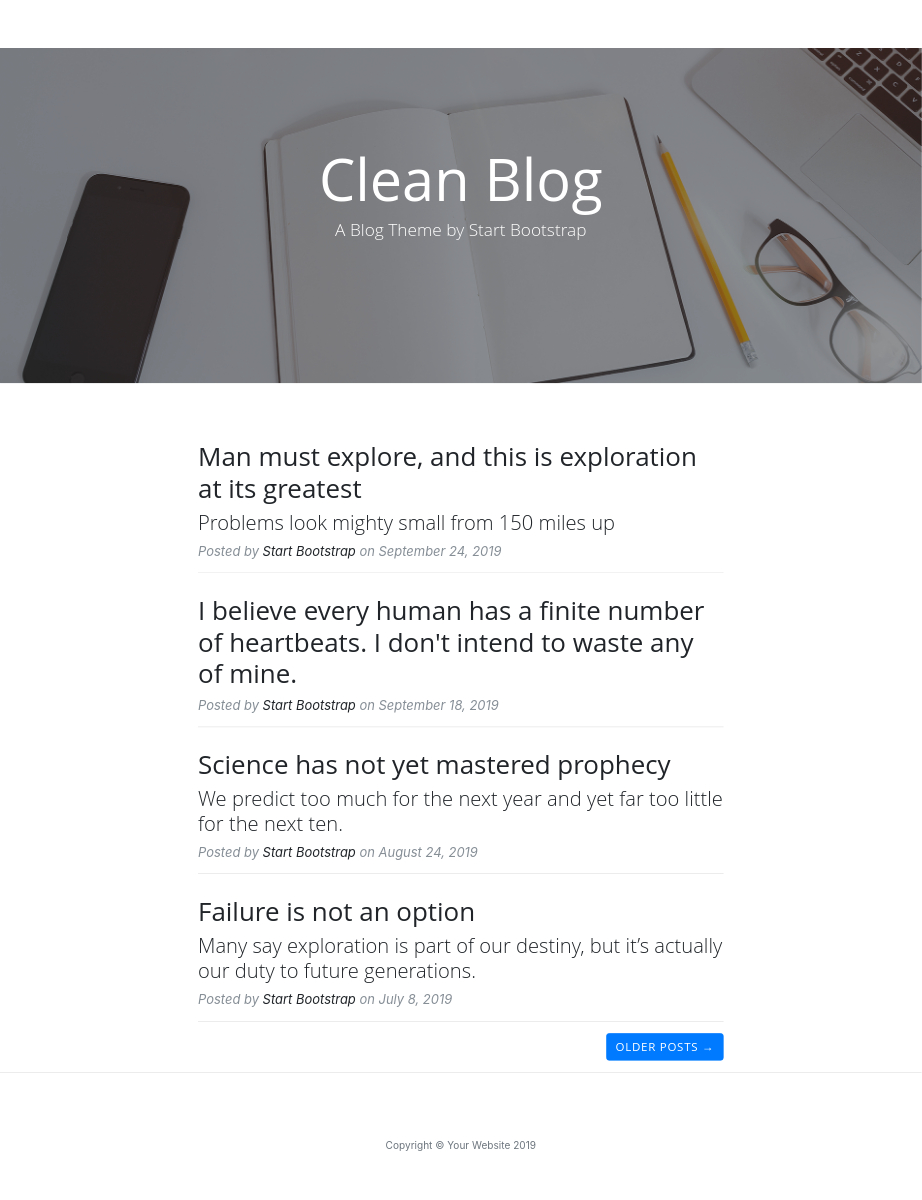
Repository: LiamB123/Booze-Clues
Page: http://localhost/
The author's editor kept a record of every edit. The page is drawn from the files as they stood at one moment, then again after a run of edits.
The browser window is 1280 px wide. The pictures show the whole page, at 72% of full size.
Some web fonts or font styles are not loaded; a fallback is used. The page is served by the project's application, run on Flask 3 (app.py). Style sheets and scripts are compiled from the project's sources, by tool versions that may differ from the author's. Queries for data that is not in the repository find no rows.

Above is the page before.

After the next 3 edits:
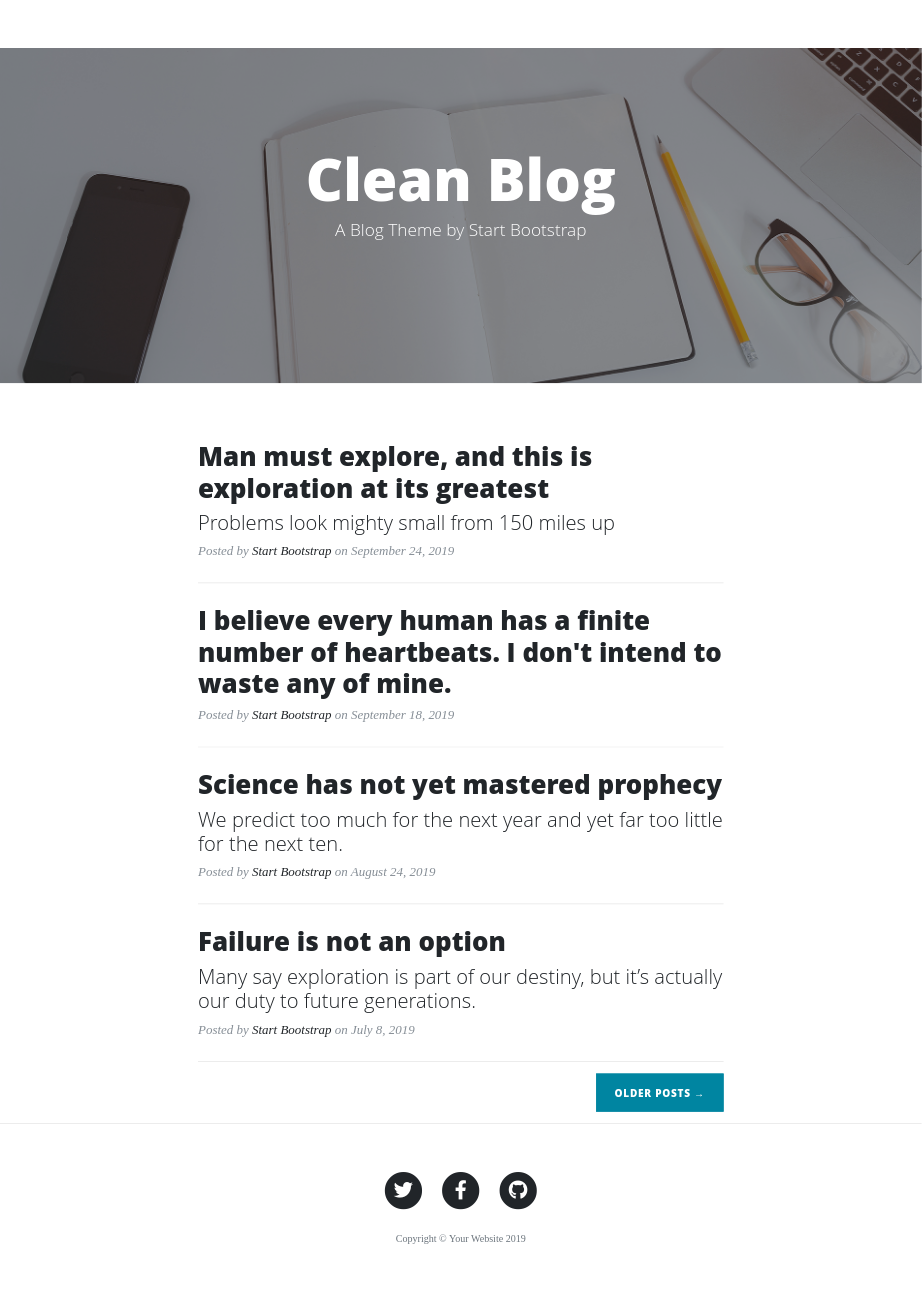
The 3 edits are shown as one change because 2 did not build or start.
The edit:
--- a/templates/base.html
+++ b/templates/base.html
@@ -6,13 +6,16 @@
     <meta http-equiv="X-UA-Compatible" content="ie=edge">
     <title> Booze Bible </title>
 
-    <link rel="stylesheet" href="{{url_for('static', filename='css/clean-blog.min.css') }}" type="text/css" />
-    <link rel="stylesheet" href="{{url_for('static', filename='vendor/bootstrap/css/bootstrap.min.css') }}" type="text/css" />
+   <!-- Bootstrap core CSS -->
+  <link href="{{url_for('static', filename='vendor/bootstrap/css/bootstrap.min.css')}}" rel="stylesheet">
 
+  <!-- Custom fonts for this template -->
+  <link href="{{url_for('static', filename='vendor/fontawesome-free/css/all.min.css')}}" rel="stylesheet" type="text/css">
+  <link href="{{url_for('static', filename='https://fonts.googleapis.com/css?family=Lora:400,700,400italic,700italic')}}" rel='stylesheet' type='text/css'>
+  <link href="{{url_for('static',filename='https://fonts.googleapis.com/css?family=Open+Sans:300italic,400italic,600italic,700italic,800italic,400,300,600,700,800')}}" rel='stylesheet' type='text/css'>
 
-
-
-</head>
+  <!-- Custom styles for this template -->
+  <link href="css/clean-blog.min.css" rel="stylesheet">
 <body>
 
 
